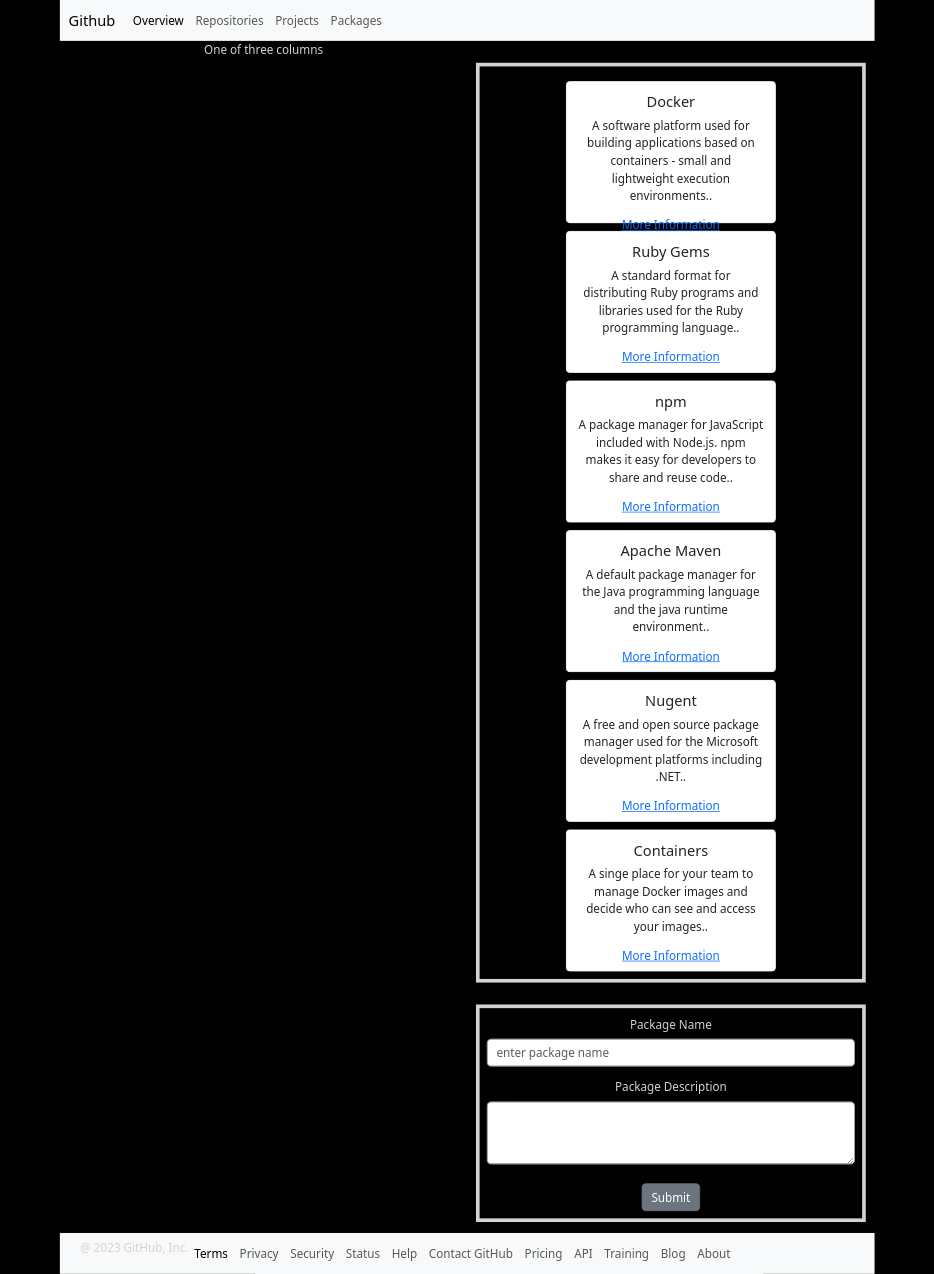
Repository: nss-evening-cohort-E23/gitsub-pull-request-posse
Page: packages.html
An editor plug-in stored every save of this project. The page is shown before and after the next save, followed by the edit.
The browser window is 1280 px wide. The pictures show the whole page, at 73% of full size.

Above is the page before, as saved 2023-05-09 19:18:29.

### packages.html
<!DOCTYPE html>
<html lang="en">
<head>
  <meta charset="UTF-8">
  <meta http-equiv="X-UA-Compatible" content="IE=edge">
  <meta name="viewport" content="width=device-width, initial-scale=1.0">
  <link href="https://cdn.jsdelivr.net/npm/bootstrap@5.3.0-alpha3/dist/css/bootstrap.min.css" rel="stylesheet" integrity="sha384-KK94CHFLLe+nY2dmCWGMq91rCGa5gtU4mk92HdvYe+M/SXH301p5ILy+dN9+nJOZ" crossorigin="anonymous">
  <link rel="stylesheet" href="packages.css">
  <title>Packages</title>
</head>
<body>
  <div class="container" id="master">
    <div id="navigate">
      <nav class="navbar navbar-expand-lg bg-body-tertiary">
        <div class="container-fluid">
          <a class="navbar-brand" href="#">Github</a>
          <button class="navbar-toggler" type="button" data-bs-toggle="collapse" data-bs-target="#navbarNavAltMarkup" aria-controls="navbarNavAltMarkup" aria-expanded="false" aria-label="Toggle navigation">
            <span class="navbar-toggler-icon"></span>
          </button>
          <div class="collapse navbar-collapse" id="navbarNavAltMarkup">
            <div class="navbar-nav">
              <a class="nav-link active" aria-current="page" href="#">Overview</a>
              <a class="nav-link" href="#">Repositories</a>
              <a class="nav-link" href="#">Projects</a>
              <a class="nav-link" href="#">Packages</a>
            </div>
          </div>
        </div>
      </nav>
    </div>
   <div class="container text-center">
    <div class="row align-items-start">
    <!-- 2 columns | first column for static bio -->
    <div class="col" id="bio">
      One of three columns

    </div>
    <div class="col">
      <!-- <h2><b><u>Packages</u></b></h2> -->
      <div id="packages"></div>
      <form class="form">
      <div id="newPackage">
      <div class="mb-3">
        <label for="exampleFormControlInput1" class="form-label">Package Name</label>
        <input type="text" class="form-control" id="exampleFormControlInput1" placeholder="enter package name">
      </div>
      <div class="mb-3">
        <label for="exampleFormControlTextarea1" class="form-label">Package Description</label>
        <textarea class="form-control" id="exampleFormControlTextarea1" rows="3"></textarea>
      </div>
      <button type="submit" class="btn btn-secondary" id="newSubmit">Submit</button>
    </div>
  </form>
  </div>
  </div>
</div>
<!-- Footer -->

<div class="footer">
<nav class="navbar navbar-expand-lg bg-body-tertiary">
  <div class="container-fluid">
    <a class="navbar-brand" href="#"></a>
    <button class="navbar-toggler" type="button" data-bs-toggle="collapse" data-bs-target="#navbarNav" aria-controls="navbarNav" aria-expanded="false" aria-label="Toggle navigation">
      <span class="navbar-toggler-icon"></span>
    </button>
    <div class="collapse navbar-collapse" id="footer">
      <p>@ 2023 GitHub, Inc.</p>
      <div id="ftr-links">
      <ul class="navbar-nav">
        <li class="nav-item">
          <a class="nav-link active" aria-current="page" href="#">Terms</a>
        </li>
        <li class="nav-item">
          <a class="nav-link" href="#">Privacy</a>
        </li>
        <li class="nav-item">
          <a class="nav-link" href="#">Security</a>
        </li>
        <li class="nav-item">
          <a class="nav-link" href="#">Status</a>
        </li>
        <li class="nav-item">
          <a class="nav-link" href="#">Help</a>
        </li>
      </ul>

      <ul class="navbar-nav">
        <li class="nav-item">
          <a class="nav-link" href="#">Contact GitHub</a>
        </li>
        <li class="nav-item">
          <a class="nav-link" href="#">Pricing</a>
        </li>
        <li class="nav-item">
          <a class="nav-link" href="#">API</a>
        </li>
        <li class="nav-item">
          <a class="nav-link" href="#">Training</a>
        </li>
        <li class="nav-item">
          <a class="nav-link" href="#">Blog</a>
        </li>
        <li class="nav-item">
          <a class="nav-link" href="#">About</a>
        </li>
      </ul>
    </div>
  </div>
</nav>
</div>
</div>
</div>
</div>
  <script src="main.js"></script>
  <script src="https://cdn.jsdelivr.net/npm/bootstrap@5.3.0-alpha3/dist/js/bootstrap.bundle.min.js" integrity="sha384-ENjdO4Dr2bkBIFxQpeoTz1HIcje39Wm4jDKdf19U8gI4ddQ3GYNS7NTKfAdVQSZe" crossorigin="anonymous"></script>
</body>
</html>

### packages.css
body {
  background-color: black;
  color: lightgray;
  flex: auto;
}

#master {
  display: flex;
  flex-direction: column;
  height: 100vh;
}

#navigate {
  flex: none;



}

.footer {
  margin-top: auto;
  justify-content: space-around;

}

#ftr-links {
  display: flex;
  flex-direction: row;
  justify-content: space-between;

}

#packages {
  display: flex;
  flex-direction: row;
  flex-wrap: wrap;
  justify-content: space-around;
  margin: 0 auto;
  width: 100%;
  border: 5px solid lightgray;
  padding: 10px;
  margin-top: 30px;

}

.card {
 height: 195px;
 margin-top: 10px;
}

#newPackage {
  border: 5px solid lightgray;
  margin-top: 30px;
  margin-bottom: 15px;
  padding: 10px;
}

#newSubmit {
  margin-top: 10px;
}

### main.js

const renderToDom = (divId, htmltoRender) => {
  let targetedDiv = document.getElementById(divId);
  targetedDiv.innerHTML = htmltoRender;
};

const reposCardsOnDom = () => {
  let domString = "";
  domString += `

  `;
};

// packages array
const packages = [
  {
    id: 1,
    name: 'Docker',
    description: 'A software platform used for building applications based on containers - small and lightweight execution environments.',

  },

  {
    id: 2,
    name: 'Ruby Gems',
    description: 'A standard format for distributing Ruby programs and libraries used for the  Ruby programming language.',

  },

  {
    id: 3,
    name: 'npm',
    description: 'A package manager for JavaScript included with Node.js. npm makes it easy for developers to share and reuse code.',

  },

  {
    id: 4,
    name: 'Apache Maven',
    description: 'A default package manager for the Java programming language and the java runtime environment.',

  },

  {
    id: 5,
    name: 'Nugent',
    description: 'A free and open source package manager used for the Microsoft development platforms including .NET.',

  },

  {
    id: 6,
    name: 'Containers',
    description: 'A singe place for your team to manage Docker images and decide who can see and access your images.',
  },
]

// packages
const packagesOnDom = (array) => {
  let domString = "";

// package cards
for (const package of array) {
  domString += `<div class="card" style="width: 18rem;" id="pkgs">
  <div class="card-body">
    <h5 class="card-title">${package.name}</h5>
    <p class="card-text">${package.description}.</p>
    <a href="#" class="card-link">More Information</a>
  </div>
</div>`
}
renderToDom("packages", domString);

}
packagesOnDom(packages);

const startApp = () => {
  packagesOnDom(packages);
}

const form = document.querySelector('.form');

const createNewPackage = (e) => {
  e.preventDefault();

  const newPackage = {
    id: packages.length + 1,
    name: document.querySelector('#name').value,
    description: document.querySelector('#description').value,
  }

  packages.push(newPackage);
  packagesOnDome(packages);
  form.reset();
}

form.addEventListener('submit', createNewPackage);

startApp();

After the next save:
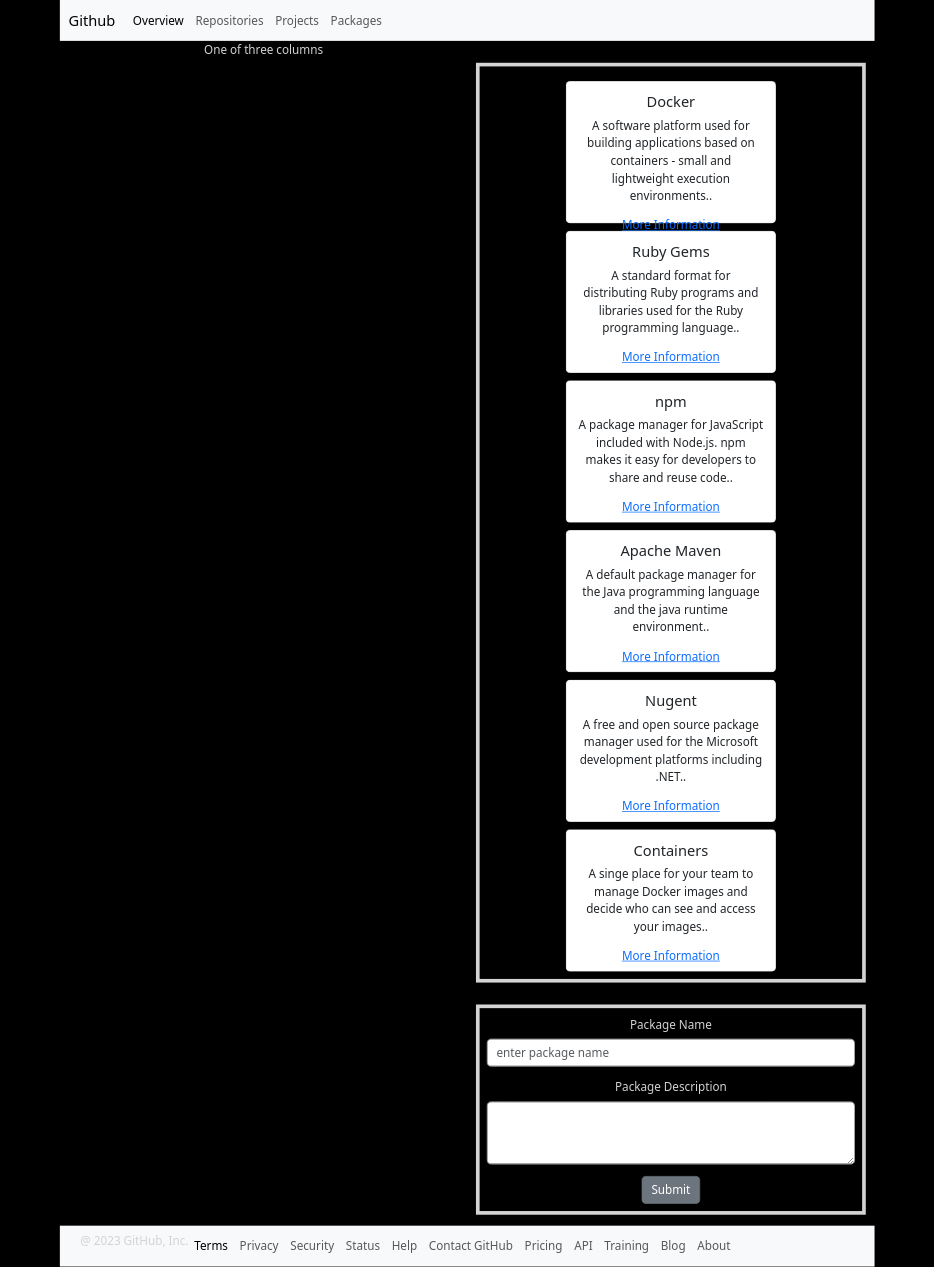
Saved 38 s later.
--- a/packages.html
+++ b/packages.html
@@ -48,7 +48,7 @@
         <label for="exampleFormControlTextarea1" class="form-label">Package Description</label>
         <textarea class="form-control" id="exampleFormControlTextarea1" rows="3"></textarea>
       </div>
-      <button type="submit" class="btn btn-secondary" id="newSubmit">Submit</button>
+      <button type="submit" class="btn btn-secondary" id="submit">Submit</button>
     </div>
   </form>
   </div>

After the save that followed:
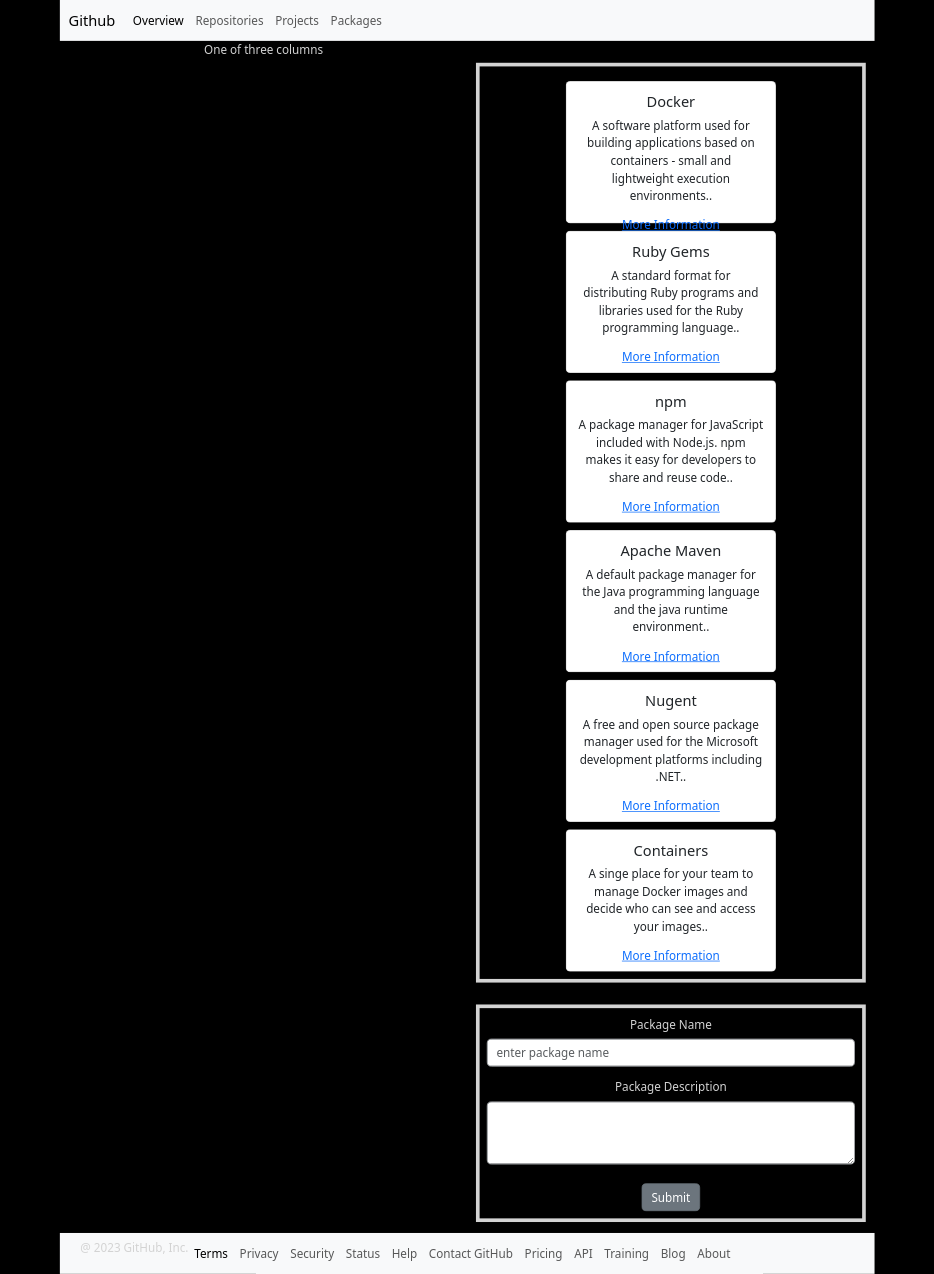
Saved 6 s later.
--- a/packages.css
+++ b/packages.css
@@ -55,6 +55,6 @@
   padding: 10px;
 }
 
-#newSubmit {
+#submit {
   margin-top: 10px;
 }
